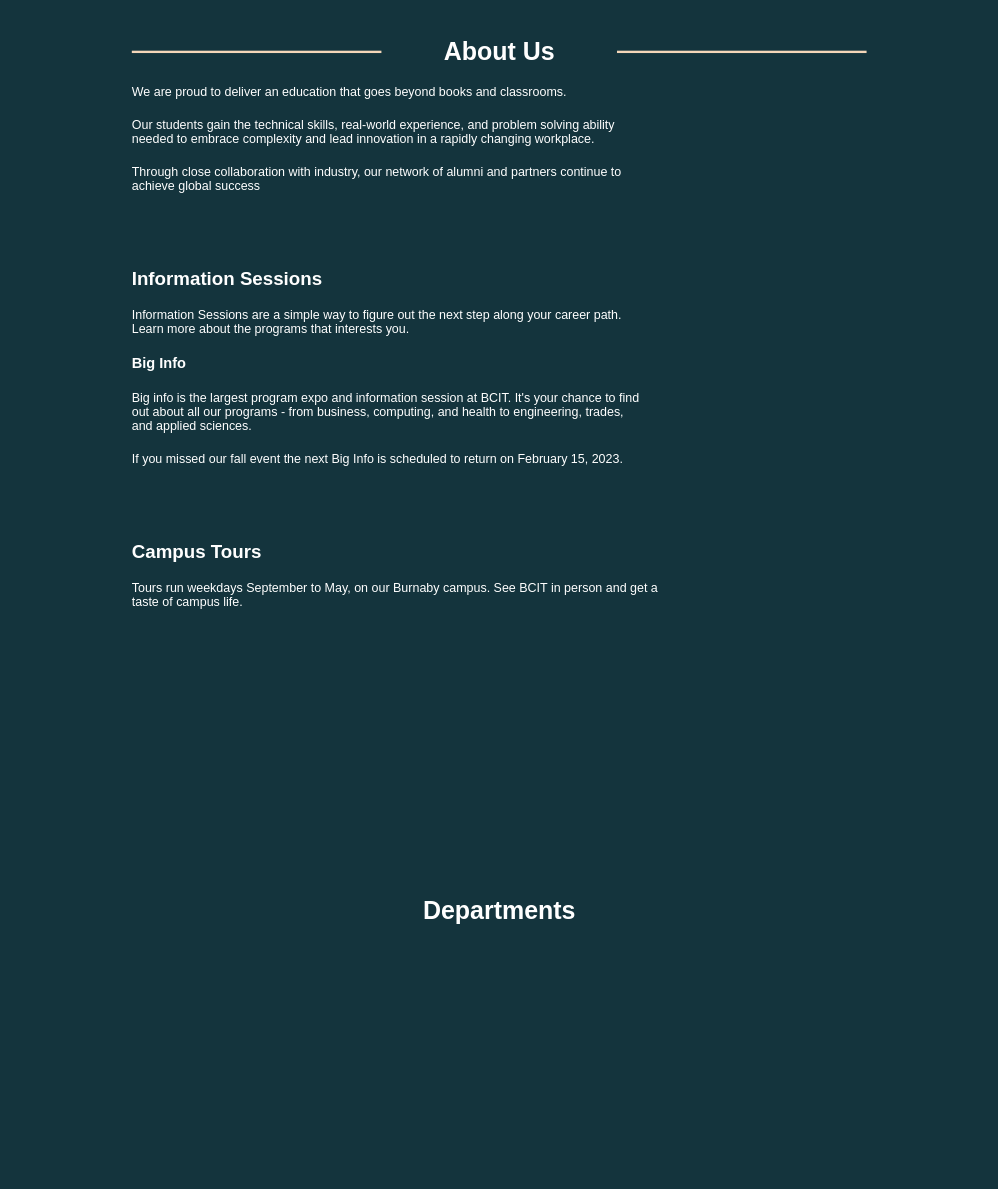
Repository: jennydmcm/assignment-1-playwright-site-A01338943
Page: /about
An editor plug-in stored every save of this project. The page is shown before and after the next save, followed by the edit.
The browser window is 1280 px wide. The pictures show the whole page, at 78% of full size.
The project was rebuilt for these pictures with package versions that can differ from the ones it lists, and the page was loaded fresh each time. The framework's server and built-in components were replaced by stand-ins that run in the browser. Also part of the build but not shown: next.config.js.

Above is the page before, as saved 2023-02-08 13:36:08.

### pages/_app.js
import '../styles/globals.css'
import '../styles/variables.css'

function MyApp({ Component, pageProps }) {
  return <Component {...pageProps} />
}

export default MyApp

### pages/about.js
import Head from "next/head";
import Image from "next/image";
import { Inter } from "@next/font/google";
import styles from "@/styles/About.module.css";
const inter = Inter({ subsets: ["latin"] });

export default function Home() {
  return (
    <>
      <Head>
        <title>About Us</title>
        <meta name="description" content="Generated by create next app" />
        <meta name="viewport" content="width=device-width, initial-scale=1" />
        <meta name="author" content="MDIA 2109" />
        <meta property="og:title" content="Assignment #1 - About Us Page" />
        <meta
          property="og:description"
          content="BCIT Digital Design and Development Diploma"
        />
        <link rel="icon" href="/favicon.png" />
      </Head>
      <main className={styles.main}>
        <header>
          <div className={styles.about}>
            <div className={styles.header}>
              <hr className={styles.lines}></hr>
              <h1 className={styles.aboutTitle}>About Us</h1>
              <hr className={styles.lines}></hr>
            </div>
            <p className={styles.mainText}>
              We are proud to deliver an education that goes beyond books and
              classrooms.
            </p>
            <p className={styles.mainText}>
              Our students gain the technical skills, real-world experience, and
              problem solving ability <br></br>
              needed to embrace complexity and lead innovation in a rapidly
              changing workplace.
            </p>
            <p className={styles.mainText}>
              Through close collaboration with industry, our network of alumni
              and partners continue to <br></br>
              achieve global success
            </p>
          </div>
          <div className={styles.infosesh}>
            <h2>Information Sessions</h2>
            <p className={styles.mainText}>
              Information Sessions are a simple way to figure out the next step
              along your career path. <br></br>
              Learn more about the programs that interests you.
            </p>
            <h3 className={styles.bigInfo}>Big Info</h3>
            <p className={styles.mainText}>
              Big info is the largest program expo and information session at
              BCIT. It's your chance to find<br></br>
              out about all our programs - from business, computing, and health
              to engineering, trades,<br></br>
              and applied sciences.
            </p>
            <p className={styles.mainText}>
              If you missed our fall event the next Big Info is scheduled to
              return on February 15, 2023.
            </p>
          </div>

          <div className={styles.tours}>
            <h2>Campus Tours</h2>
            <p className={styles.mainText}>
              Tours run weekdays September to May, on our Burnaby campus. See
              BCIT in person and get a<br></br>
              taste of campus life.
            </p>
          </div>
          <div className={styles.dept}>
            <h1>Departments</h1>
          </div>
        </header>
        <a>
          <span>
            <img href="/upwardArrow.png"></img>
            <img href="downwardArrow.png"></img>
          </span>
        </a>
      </main>
    </>
  );
}

### styles/variables.css
:root{
    --primary-color: #fff;
    --secondary-color: #f4d6b9;
    --ternary-color: #14343d;
    --quaternary-color: #14343d;
    --quinary-color: rgba(16,46,53,0.5);

}

### styles/About.module.css
.main{
    background-color: var(--ternary-color);
    color: var(--primary-color);
    font-family: Arial, Helvetica, sans-serif;
    display: flex;
    flex-direction: column;
    align-items: center;
}
.about{
    display: flex;
    flex-direction: column;
    padding: 3rem;
    padding-bottom: 3rem;

}


.infosesh{
    display: flex;
    flex-direction: column;
    padding: 3rem;
    padding-bottom: 3rem;

}

.bigInfo{
    padding-top: 1.5rem;

}

.tours{
    display: flex;
    flex-direction: column;
    padding: 3rem;
    padding-bottom: 3rem;

}

.dept{
    display: flex;
    flex-direction: column;
    padding-top: 20rem;
    padding-bottom: 20rem;
    align-items: center;


}

.aboutTitle{
    display: flex;
    flex-direction: column;
    align-items: center;
    padding-left: 5rem;
    padding-right: 5rem;
}

.mainText{
    padding-top: 1.5rem;

}

.lines{
    border-top: none;
    border-bottom: 0.2rem solid var(--secondary-color);
    border-left: none;
    border-right: none;
    width: 20rem;
}
.header{
    display: flex;
    flex-direction: row;
    align-items: center;
}

Loaded but not shown: pages/_document.js (common file); pages/api/hello.js (common file); styles/globals.css (common file)

After the next save:
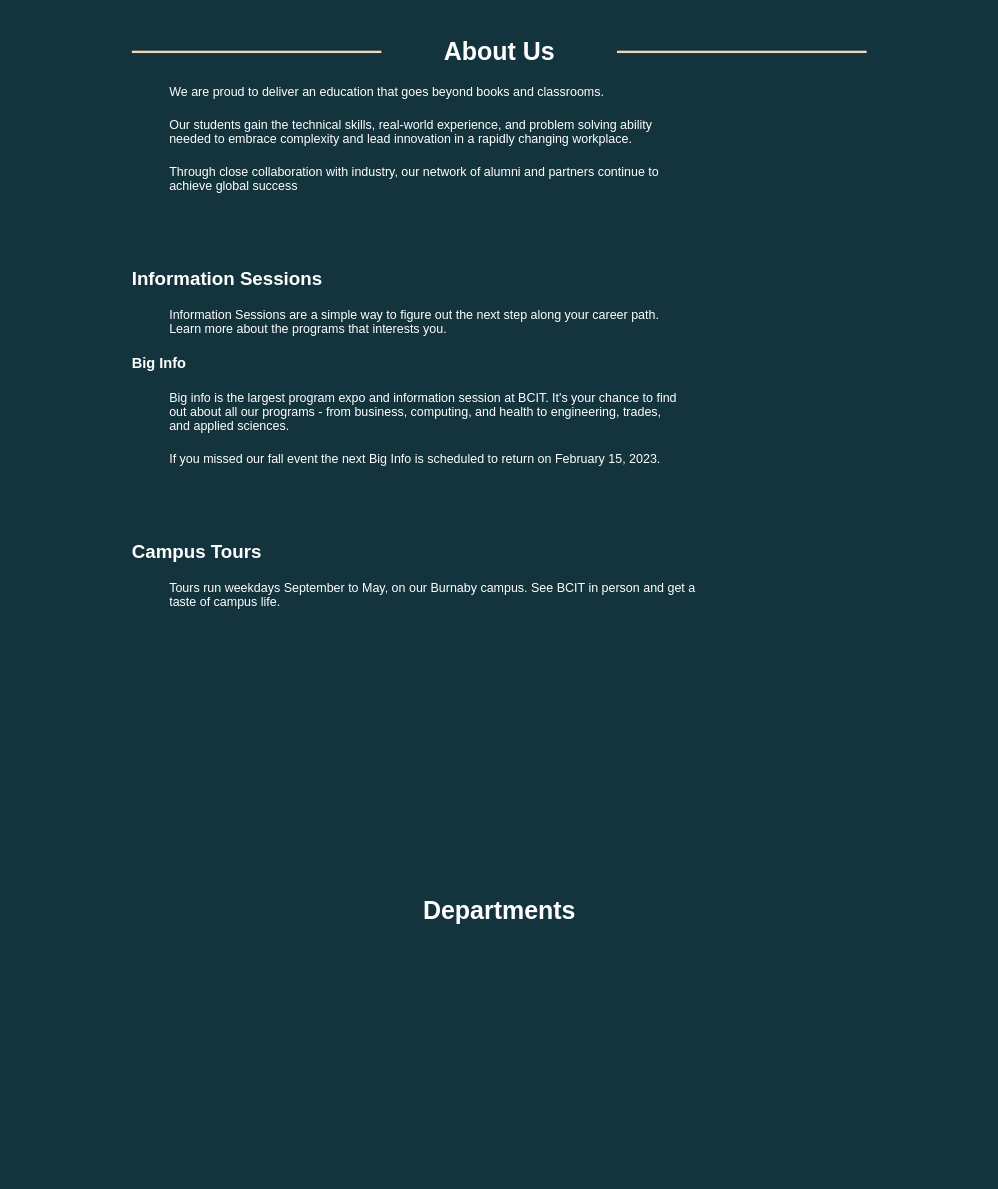
Saved 2 min 27 s later.
--- a/styles/About.module.css
+++ b/styles/About.module.css
@@ -56,6 +56,7 @@
 
 .mainText{
     padding-top: 1.5rem;
+    padding-left: 3rem;
 
 }
 
